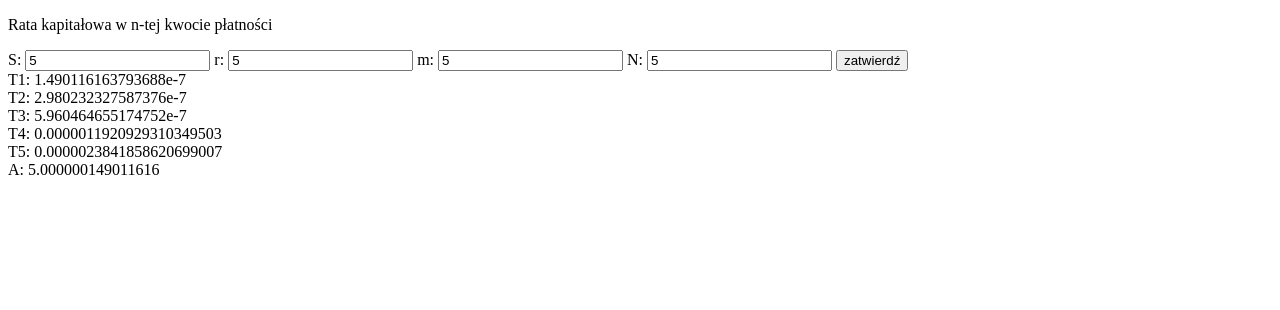
Repository: ravkita/MFCalc
Page: index.html
An editor plug-in stored every save of this project. The page is shown before and after the next save, followed by the edit.
The browser window is 1280 px wide. The pictures show the whole page.
Empty fields were first filled with sample values (such as "Sample", 5 or name@example.com).
After loading, the first visible `#confirm` was clicked once.

Above is the page before, as saved 2021-04-12 17:18:36.

### index.html
<!DOCTYPE html>
<html lang="en">
<head>
    <meta charset="UTF-8">
    <meta http-equiv="X-UA-Compatible" content="IE=edge">
    <meta name="viewport" content="width=device-width, initial-scale=1.0">
    <title>Kalkulator</title>
</head>
<body>
    <p class="title">Rata kapitałowa w n-tej kwocie płatności </p>
    <form action="" id="rata">
        <label for="S">S:</label> <input type="number" name="S" class="s">
        <label for="r">r:</label> <input type="number" name="r" class="r">
        <label for="m">m:</label> <input type="number" name="m" class="m">
        <label for="N">N:</label> <input type="number" name="N" class="N">
        <input type="button" name="confirm" id="confirm" value="zatwierdź">
    </form>
    <div class="result">

    </div>
    <script type="text/javascript">
        let s;
        let r;
        let m;
        let N;
        let q;
        function rata(){
            let t = [];
                for(let i = 1; i<=N; i++){
                    const el = document.createElement("div");
                    t[i-1] = s*((Math.pow(q, i) - Math.pow(q, i-1))/(Math.pow(q, m*N) - 1));
                    el.innerText = `T${i}: ${t[i-1]}`;
                    document.querySelector('.result').appendChild(el);
                }
        }
        function kwotaPlatnosci(){
            const el = document.createElement("div");
            let a = s*Math.pow(q, m*N)*((q-1)/(Math.pow(q, m*N)-1));
            el.innerText = `A: ${a}`;
            document.querySelector('.result').appendChild(el);
        }
        function getData(){
            document.getElementById('confirm').addEventListener('click', (e) =>{
                s = document.querySelector('.s').value;
                r = document.querySelector('.r').value;
                m = document.querySelector('.m').value;
                N = document.querySelector('.N').value;
                q = 1+(r/m);
                rata();
                kwotaPlatnosci()
            });
        }
        getData();
    </script>
</body>
</html>

After the next save:
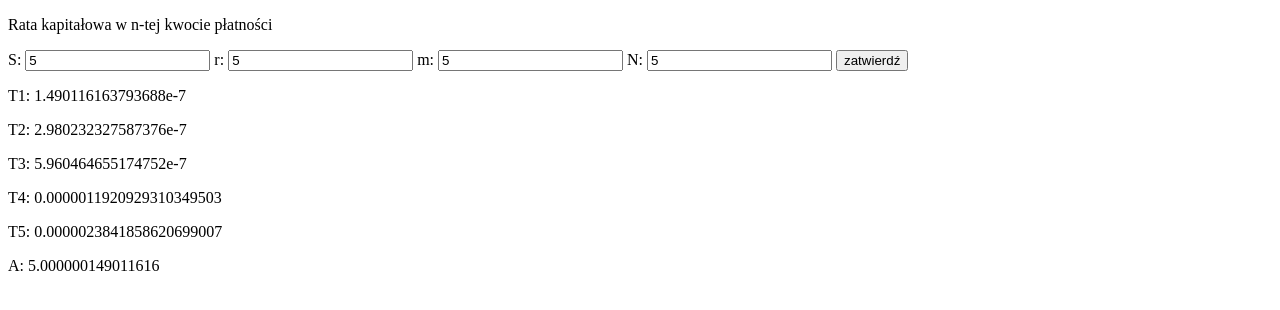
Saved 83 s later.
--- a/index.html
+++ b/index.html
@@ -24,17 +24,17 @@
         let m;
         let N;
         let q;
-        function rata(){
+        function rataZmienna(){
             let t = [];
                 for(let i = 1; i<=N; i++){
-                    const el = document.createElement("div");
+                    const el = document.createElement("p");
                     t[i-1] = s*((Math.pow(q, i) - Math.pow(q, i-1))/(Math.pow(q, m*N) - 1));
                     el.innerText = `T${i}: ${t[i-1]}`;
                     document.querySelector('.result').appendChild(el);
                 }
         }
-        function kwotaPlatnosci(){
-            const el = document.createElement("div");
+        function kwotaPlatnosciStala(){
+            const el = document.createElement("p");
             let a = s*Math.pow(q, m*N)*((q-1)/(Math.pow(q, m*N)-1));
             el.innerText = `A: ${a}`;
             document.querySelector('.result').appendChild(el);
@@ -46,8 +46,8 @@
                 m = document.querySelector('.m').value;
                 N = document.querySelector('.N').value;
                 q = 1+(r/m);
-                rata();
-                kwotaPlatnosci()
+                rataZmienna();
+                kwotaPlatnosciStala()
             });
         }
         getData();
